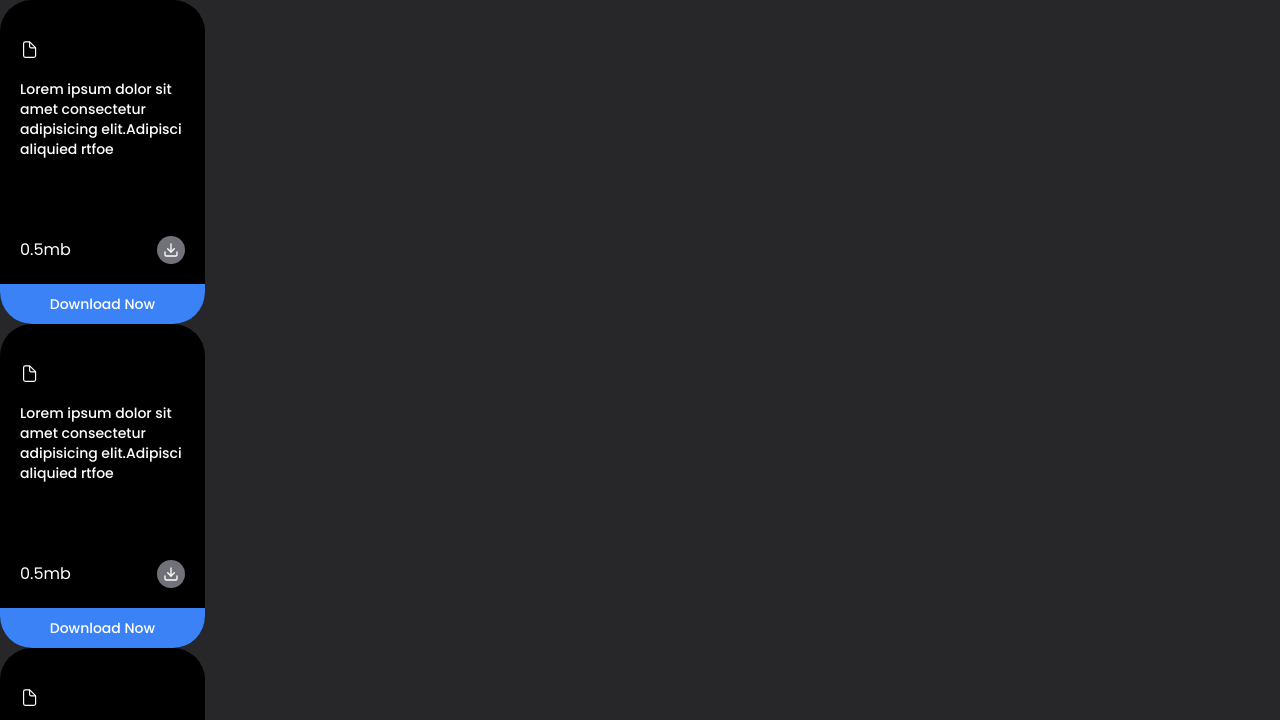
Repository: SharonSebastian32/dragable_cards
Page: /
These files come from the project's save history. The page is drawn as it stood at one moment and after a run of saves; the edit follows.
The browser window is 1280 px wide. The pictures show the whole page.
Some web fonts or font styles are not loaded; a fallback is used. The project was rebuilt for these pictures with package versions that can differ from the ones it lists, and the page was loaded fresh each time. Also part of the build but not shown: vite.config.js.

Above is the page before, as saved 2024-08-21 11:14:08.

### src/App.jsx
import Background from "./Components/Background";
import Foreground from "./Components/Foreground";
import "./App.css";
const App = () => {
  return (
    <div className="w-full h-screen bg-zinc-800 relative">
      <Background />
      <Foreground />
    </div>
  );
};
export default App;

### src/Components/Background.jsx
const Background = () => {
  return <div className="w-full h-full fixed z-[2]"> </div>;
};

export default Background;

### src/Components/Foreground.jsx
import Card from "./Card";

const Foreground = () => {
  const data = [
    {
      desc: "Lorem ipsum dolor sit amet consectetur adipisicing elit.Adipisci aliquied rtfoe",
      fileSize: "0.5mb",

      close: false,
      tag: {
        isOpen: true,
        tagTitle: "Download Now",
        tagColor: "blue",
      },
    },
    {
      desc: "Lorem ipsum dolor sit amet consectetur adipisicing elit.Adipisci aliquied rtfoe",
      fileSize: "0.5mb",

      close: false,
      tag: {
        isOpen: true,
        tagTitle: "Download Now",
        tagColor: "blue",
      },
    },
    {
      desc: "Lorem ipsum dolor sit amet consectetur adipisicing elit.Adipisci aliquied rtfoe",
      fileSize: "0.5mb",

      close: false,
      tag: {
        isOpen: true,
        tagTitle: "Download Now",
        tagColor: "blue",
      },
    },
  ];
  return (
    <div className="w-full h-full fixed top-0 left-0 z-[3]">
      {data.map((item, index) => (
        <Card data={item} />
      ))}
    </div>
  );
};

export default Foreground;

### src/App.css
 @import url('https://fonts.googleapis.com/css2?family=Playwrite+IT+Moderna:wght@100..400&family=Poppins:ital,wght@0,100;0,200;0,300;0,400;0,500;0,600;0,700;0,800;0,900;1,100;1,200;1,300;1,400;1,500;1,600;1,700;1,800;1,900&display=swap');



 *{
  font-family: Poppins;
 }

### src/Components/Card.jsx
import { IoDocumentOutline } from "react-icons/io5";
import { LuDownload } from "react-icons/lu";
import { IoCloseSharp } from "react-icons/io5";

const Card = ({ data }) => {
  return (
    <div className="w-[16vw] h-[45vh] rounded-[2rem] text-white px-5 py-10 bg-black relative overflow-hidden">
      <IoDocumentOutline size="1.2em" />
      <p className="text-sm font-medium mt-5">{data.desc}</p>
      {/* footer   */}
      <div className="footer  absolute bottom-0 left-0 w-full h-15  ">
        <div className="flex items-center justify-between p-5">
          <h5>{data.fileSize}</h5>
          <span className="w-7 h-7 bg-zinc-500 rounded-full flex items-center justify-center cursor-pointer">
            {/* <LuDownload /> */}
            {data.close ? <IoCloseSharp /> : <LuDownload />}
          </span>
        </div>{" "}
        {/* <div className="w-full h-10 bg-blue-500 flex items-center justify-center cursor-pointer ">
          <h2 className=" text-sm font-medium"> Download Now </h2>
        </div> */}
        {data.tag.isOpen ? (
          <div
            className={`w-full h-10 ${data.tag.tagColor ==='blue'? "bg-blue-500":'bg-green-500'

            } flex items-center justify-center cursor-pointer `}
          >
            <h2 className=" text-sm font-medium">{data.tag.tagTitle}</h2>
          </div>
        ) : null}
      </div>
    </div>
  );
};

export default Card;

Loaded but not shown: index.html (common file); src/main.jsx (common file); src/index.css (common file); tailwind.config.js (common file)

After the next 2 saves:
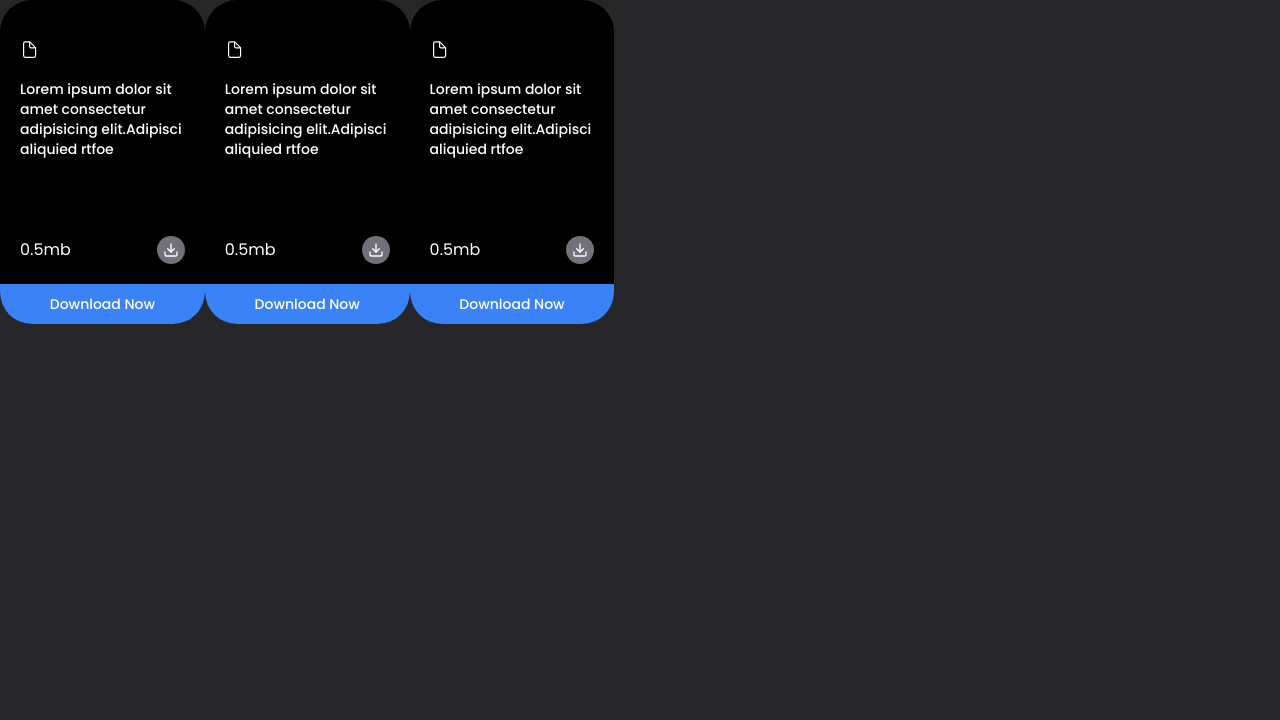
The 2 saves are shown as one change because they came seconds apart.
The last was saved 31 s later.
--- a/src/Components/Foreground.jsx
+++ b/src/Components/Foreground.jsx
@@ -37,7 +37,7 @@ const Foreground = () => {
     },
   ];
   return (
-    <div className="w-full h-full fixed top-0 left-0 z-[3]">
+    <div className="w-full h-full fixed top-0 left-0 z-[3] flex gap-">
       {data.map((item, index) => (
         <Card data={item} />
       ))}
